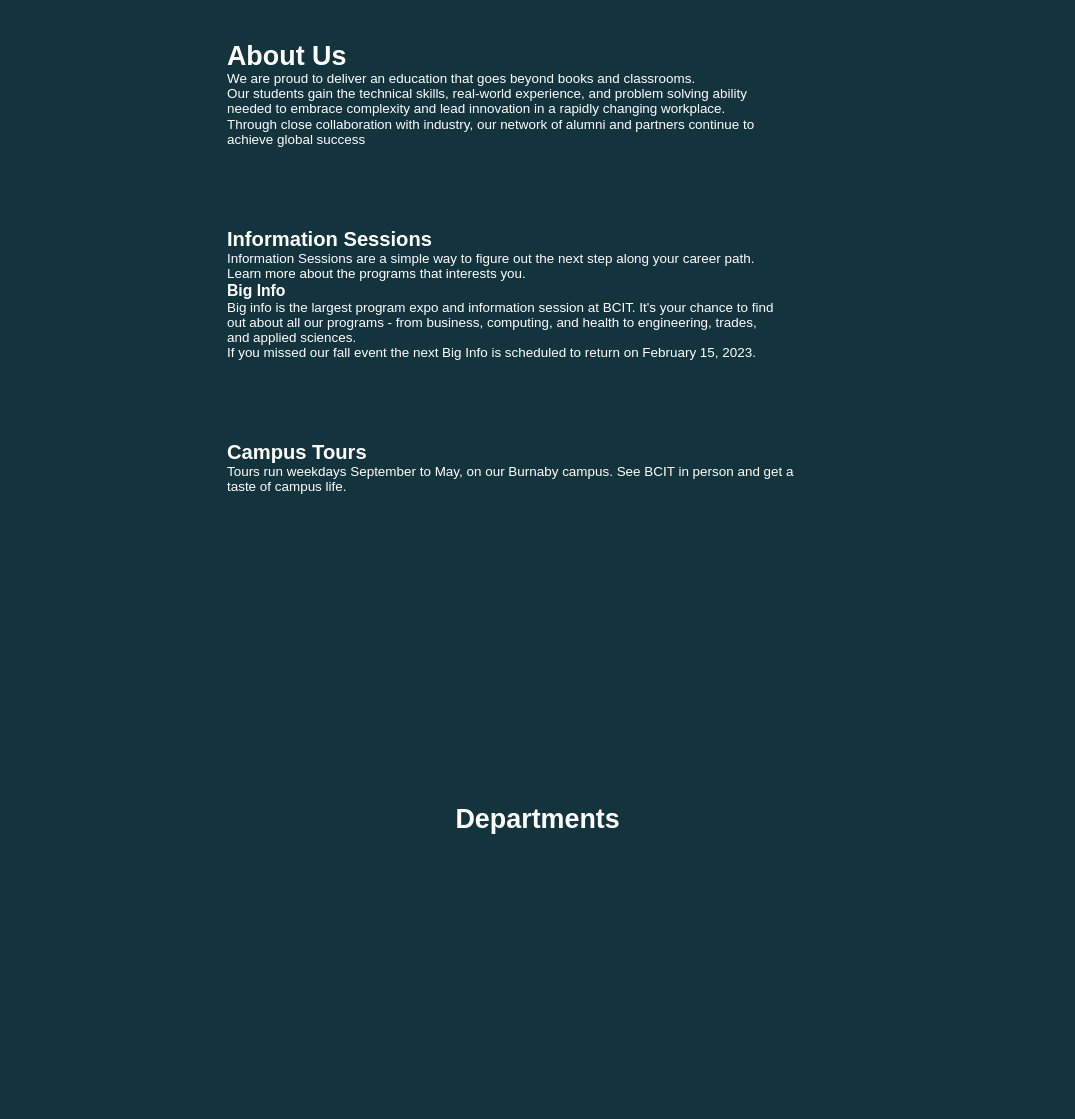
Repository: jennydmcm/assignment-1-playwright-site-A01338943
Page: /about
The author's editor kept a copy of each file at every save. The page is drawn from the files as they stood at one save, then again after the next save.
The browser window is 1280 px wide. The pictures show the whole page, at 84% of full size.
The project was rebuilt for these pictures with package versions that can differ from the ones it lists, and the page was loaded fresh each time. The framework's server and built-in components were replaced by stand-ins that run in the browser. Also part of the build but not shown: next.config.js.

Above is the page before, as saved 2023-02-08 13:14:32.

### pages/_app.js
import '../styles/globals.css'
import '../styles/variables.css'

function MyApp({ Component, pageProps }) {
  return <Component {...pageProps} />
}

export default MyApp

### pages/about.js
import Head from "next/head";
import Image from "next/image";
import { Inter } from "@next/font/google";
import styles from "@/styles/About.module.css";
const inter = Inter({ subsets: ["latin"] });

export default function Home() {
  return (
    <>
      <Head>
        <title>About Us</title>
        <meta name="description" content="Generated by create next app" />
        <meta name="viewport" content="width=device-width, initial-scale=1" />
        <meta name="author" content="MDIA 2109" />
        <meta property="og:title" content="Assignment #1 - About Us Page" />
        <meta
          property="og:description"
          content="BCIT Digital Design and Development Diploma"
        />
        <link rel="icon" href="/favicon.png" />
      </Head>
      <main className={styles.main}>
        <header>
          <div className={styles.about}>
            <h1 className={styles.aboutTitle}>About Us</h1>
            <p>
              We are proud to deliver an education that goes beyond books and
              classrooms.
            </p>
            <p>
              Our students gain the technical skills, real-world experience, and
              problem solving ability <br></br>
              needed to embrace complexity and lead innovation in a rapidly
              changing workplace.
            </p>
            <p>
              Through close collaboration with industry, our network of alumni
              and partners continue to <br></br>
              achieve global success
            </p>
          </div>
          <div className={styles.infosesh}>
            <h2>Information Sessions</h2>
            <p>
              Information Sessions are a simple way to figure out the next step
              along your career path. <br></br>
              Learn more about the programs that interests you.
            </p>
            <h3>Big Info</h3>
            <p>
              Big info is the largest program expo and information session at
              BCIT. It's your chance to find<br></br>
              out about all our programs - from business, computing, and health
              to engineering, trades,<br></br>
              and applied sciences.
            </p>
            <p>
              If you missed our fall event the next Big Info is scheduled to
              return on February 15, 2023.
            </p>
          </div>

          <div className={styles.tours}>
            <h2>Campus Tours</h2>
            <p>
              Tours run weekdays September to May, on our Burnaby campus. See
              BCIT in person and get a<br></br>
              taste of campus life.
            </p>
          </div>
          <div className={styles.dept}>
            <h1>Departments</h1>
          </div>
        </header>
        <a>
          <span>
            <img href="/upwardArrow.png"></img>
            <img href="downwardArrow.png"></img>
          </span>
        </a>
      </main>
    </>
  );
}

### styles/variables.css
:root{
    --primary-color: #fff;
    --secondary-color: #f4d6b9;
    --ternary-color: #14343d;
    --quaternary-color: #14343d;
    --quinary-color: rgba(16,46,53,0.5);

}

### styles/About.module.css
.main{
    background-color: var(--ternary-color);
    color: var(--primary-color);
    font-family: Arial, Helvetica, sans-serif;
    display: flex;
    flex-direction: column;
    align-items: center;
}
.about{
    display: flex;
    flex-direction: column;
    padding: 3rem;

}


.infosesh{
    display: flex;
    flex-direction: column;
    padding: 3rem;

}

.tours{
    display: flex;
    flex-direction: column;
    padding: 3rem;

}

.dept{
    display: flex;
    flex-direction: column;
    padding: 20rem;


}

.h1{
    display: flex;
    flex-direction: column;
    align-items: center;
}

Loaded but not shown: pages/_document.js (common file); pages/api/hello.js (common file); styles/globals.css (common file)

After the next save:
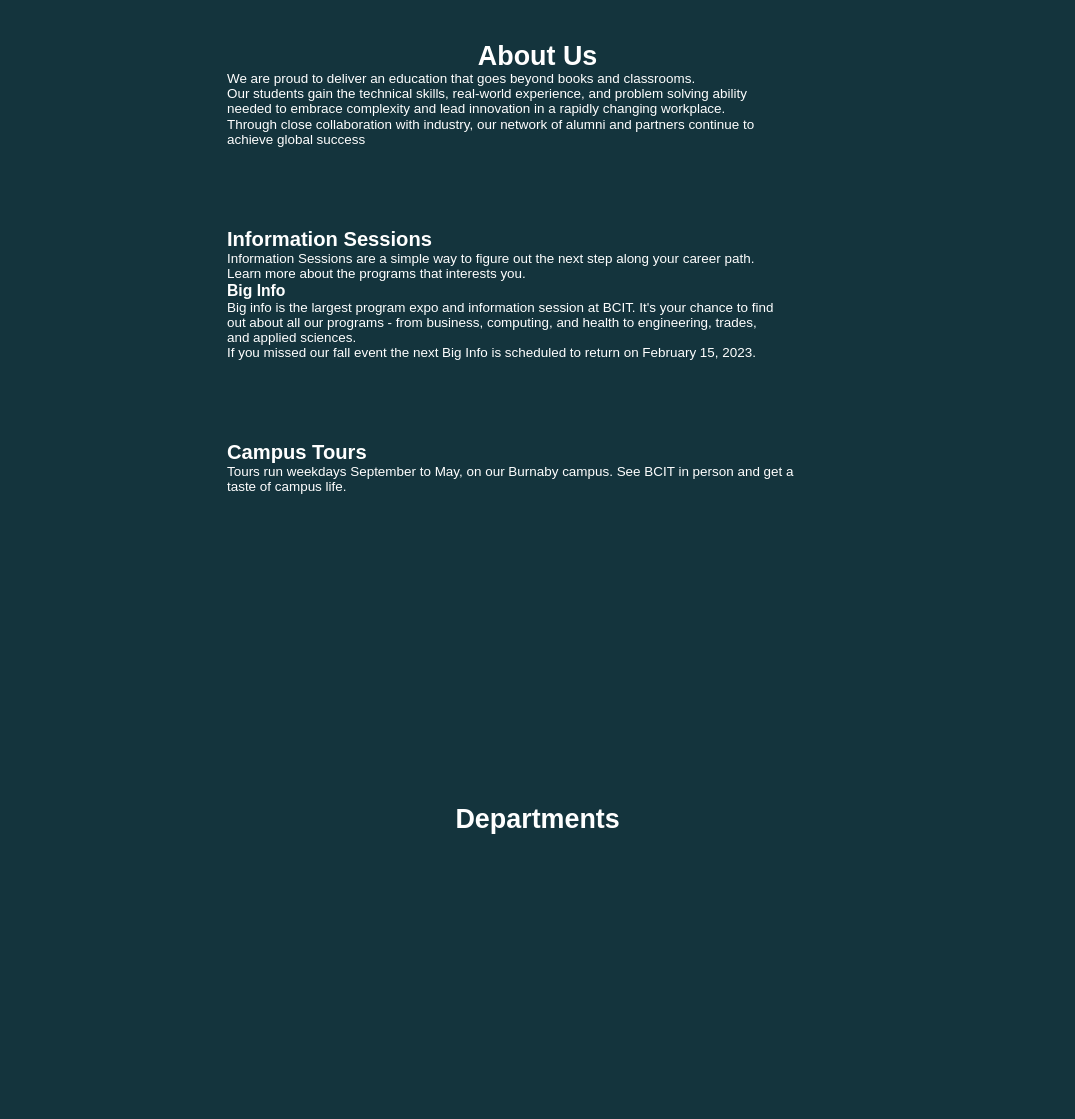
Saved 3 s later.
--- a/styles/About.module.css
+++ b/styles/About.module.css
@@ -36,7 +36,7 @@
 
 }
 
-.h1{
+.aboutTitle{
     display: flex;
     flex-direction: column;
     align-items: center;
